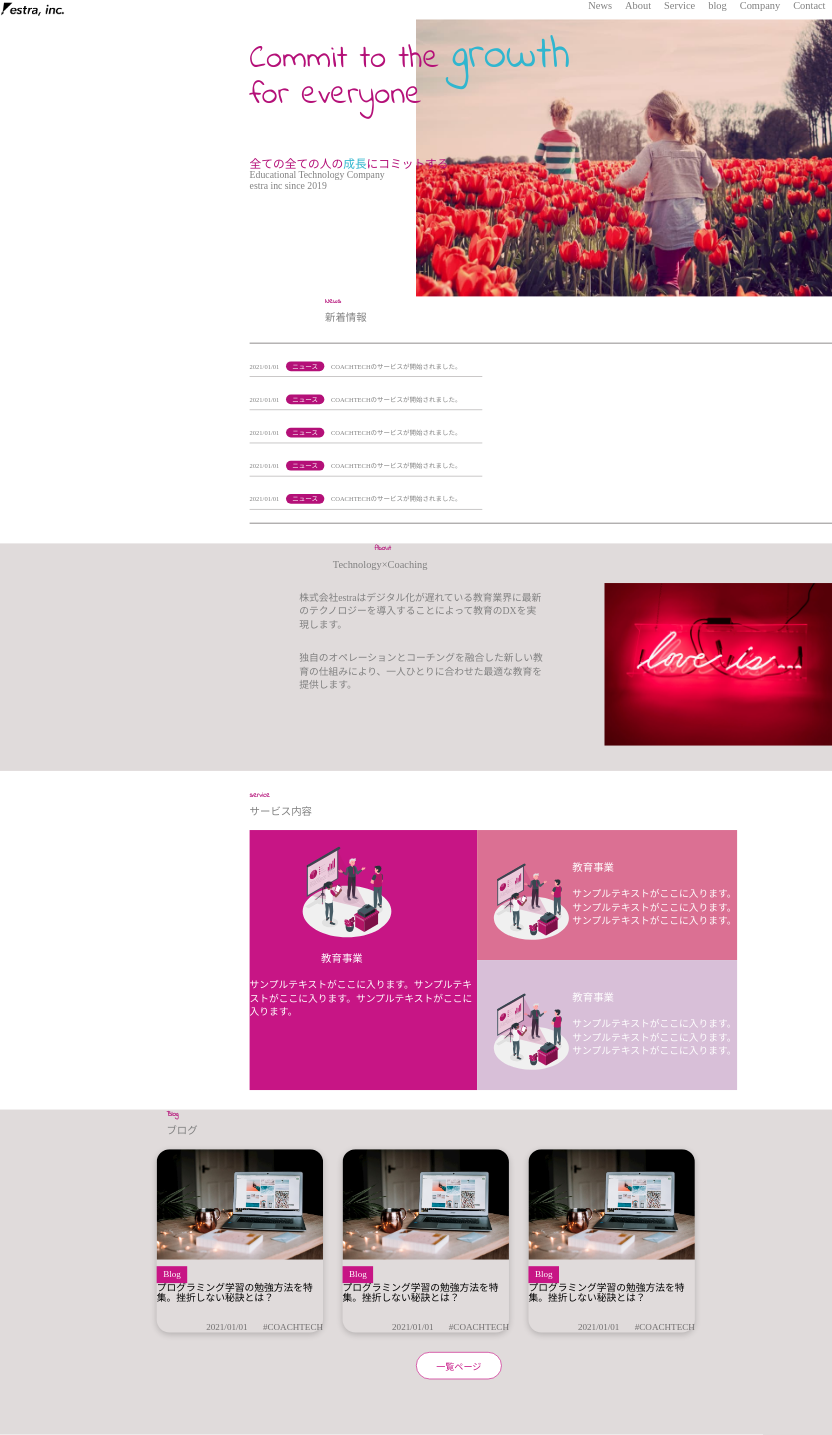
Repository: sigemasaasuka/20210902
Page: index.html
The author's editor kept a copy of each file at every save. The page is drawn from the files as they stood at one save, then again after a run of saves.
The browser window is 1280 px wide. The pictures show the whole page, at 65% of full size.

Above is the page before, as saved 2021-09-28 13:31:05.

### index.html
<!DOCTYPE html>
<html lang="ja">

<head>
  <meta charset="UTF-8">
  <meta name="viewport" content="width=device-width, initial-scale=1.0">
  <title>Document</title>
  <link rel="stylesheet" href="css/style.css">
  <link rel="stylesheet" href="css/reset.css">
  <link rel="preconnect" href="https://fonts.googleapis.com">
  <link rel="preconnect" href="https://fonts.gstatic.com" crossorigin>
  <link href="https://fonts.googleapis.com/css2?family=Indie+Flower&display=swap" rel="stylesheet">
</head>

<body>
  <div class="flex">
    <div class="logo">
      <img src="img/img/estra_logo.png" alt="estra_logo" width="100px" height="30px">
    </div>
    <div class="parent">
      <div class="child">News</div>
      <div class="child">About</div>
      <div class="child">Service</div>
      <div class="child">blog</div>
      <div class="child">Company</div>
      <div class="child">Contact</div>

    </div>
  </div>
  <div class="relative">
    <img class="relative__img" src="img/img/firstview.jpg" alt="firstview">
    <div class="example">
      <h1>Commit to the <span class="document"> growth</span> <br>for everyone</h1>
    </div>
    <div class="second">
      <h3>全ての全ての人の<span class="second-txt">成長</span>にコミットする</h3>
      <p class="subtitle">Educational Technology Company<br>estra inc since 2019</p>
    </div>
  </div>
  <div class="smlltitle">
    <h6>News</h6>
  </div>
  <div class="list">
    <h3>新着情報</h3>
  </div>
  <div class="local">
    <div class="info">
      <p>
        2021/01/01　<a class="practice__btn">ニュース</a>　COACHTECHのサービスが開始されました。
      </p>
    </div>
    <div class="info">
      <p>
        2021/01/01　<a class="practice__btn">ニュース</a>　COACHTECHのサービスが開始されました。
      </p>
    </div>
    <div class="info">
      <p>
        2021/01/01　<a class="practice__btn">ニュース</a>　COACHTECHのサービスが開始されました。
      </p>
    </div>
    <div class="info">
      <p>
        2021/01/01　<a class="practice__btn">ニュース</a>　COACHTECHのサービスが開始されました。
      </p>
    </div>
    <div class="info">
      <p>
        2021/01/01　<a class="practice__btn">ニュース</a>　COACHTECHのサービスが開始されました。
      </p>
    </div>
  </div>
  <div class="colored">
    <div class="smlltitle-2">
      <h6>About</h6>
    </div>
    <div class="list-2">
      <h3>Technology×Coaching</h3>
    </div>
    <div class="flex">
    <div class="info-txt">
      <div class="relate">
        株式会社estraはデジタル化が遅れている教育業界に最新のテクノロジーを導入することによって教育のDXを実現します。
      </div>
      <div class="relate-txt">
        独自のオペレーションとコーチングを融合した新しい教育の仕組みにより、一人ひとりに合わせた最適な教育を提供します。
      </div>

    </div>
      <div class="about">
        <img class="picture__img" src="img/img/about.jpg" alt="about">
      </div>
  </div>
  </div>

  <div class="service">
    <div class="smlltitle-3">
      <h6>service</h6>
    </div>
    <div class="list-3">
      <h3>サービス内容</h3>
    </div>
    <div class="contents">
    <div class="colored2">
      <div class="photo">
        <img class="service__img" src="img/img/service__first.svg" alt="service">
      </div>
      <div class="title">
        <h3>教育事業</h3>
      </div>
      <div class="explain">
        サンプルテキストがここに入ります。サンプルテキストがここに入ります。サンプルテキストがここに入ります。
      </div>
    </div>
  <div class="contents2">
    <div class="contents2">
  <div class="colored3">
    <div class="photo2">
      <img class="service__img1" src="img/img/service__first.svg" alt="service">
    </div>
    <div>
    <div class="title2">
      <h3>教育事業</h3>
    </div>
    <div class="explain2">
      サンプルテキストがここに入ります。サンプルテキストがここに入ります。サンプルテキストがここに入ります。
    </div>
  </div>
  </div>
  </div>

  <div class="colored4">
    <div class="photo2">
      <img class="service__img1" src="img/img/service__first.svg" alt="service">
    </div>
    <div>
    <div class="title2">
      <h3>教育事業</h3>
    </div>
    <div class="explain2">
      サンプルテキストがここに入ります。サンプルテキストがここに入ります。サンプルテキストがここに入ります。
    </div>
  </div>
  </div>
</div>
</div>
</div>
   <div class="colored5">
    <div class="smlltitle-4">
      <h6>Blog</h6>
    </div>
    <div class="list-4">
      <h3>ブログ</h3>
   </div>
    <div class="flex__item">
      <div class="practice__card">
        <div class="blog__first">
          <img src="img/img/blog__first.jpg" alt="blog">
        </div>
        <div class="card__content">
          <div class="card__cat">Blog</div>
          <h2 class="card__ttl">プログラミング学習の勉強方法を特集。挫折しない秘訣とは？</h2>
          <div class="tag">
            <p class="card__tag">2021/01/01</p>
            <p class="card__date">#COACHTECH</p>
          </div>
        </div>
      </div>
      <div class="practice__card">
        <div class="blog__first">
          <img src="img/img/blog__first.jpg" alt="blog">
        </div>
        <div class="card__content">
          <div class="card__cat">Blog</div>
          <h2 class="card__ttl">プログラミング学習の勉強方法を特集。挫折しない秘訣とは？</h2>
          <div class="tag">
            <p class="card__tag">2021/01/01</p>
            <p class="card__date">#COACHTECH</p>
          </div>
        </div>
      </div>
      <div class="practice__card">
        <div class="blog__first">
          <img src="img/img/blog__first.jpg" alt="blog">
        </div>
        <div class="card__content">
          <div class="card__cat">Blog</div>
          <h2 class="card__ttl">プログラミング学習の勉強方法を特集。挫折しない秘訣とは？</h2>
          <div class="tag">
            <p class="card__tag">2021/01/01</p>
            <p class="card__date">#COACHTECH</p>
          </div>
        </div>
      </div>
    </div>
    <div class="card__cat2">一覧ページ</div>
   </div>


</body>

</html>

### css/style.css
.img {
  text-align: left;
}

.parent {
  display: flex;
  justify-content: space-between;
  color: gray;
}

.child {
  margin: 0 10px;
  font-weight: lighter;
}

.logo {
  width: 100px;
}
.flex {
  display: flex;
  justify-content: space-between;
  height: 30px;
}

.relative {
  position: relative;
}

.relative__img {
  margin: 0 0 0 auto;
  display: block;
  width: 50%;
}

.example {
  position: absolute;
  top: 5%;
  left: 30%;
  font-size: 50px;
  color: #b41078;
  font-family: "Indie Flower", cursive;
}

.document {
  top: 5%;
  left: 30%;
  font-size: 70px;
  color: #30b6cf;
  font-family: "Indie Flower", cursive;
}

.second {
  position: absolute;
  top: 50%;
  left: 30%;
  font-size: 18px;
  color: #b41078;
}

.second-txt {
  top: 50%;
  left: 30%;
  font-size: 18px;
  color: #30b6cf;
}

.subtitle {
  margin: 0;
  font-size: 15px;
  color: gray;
  font-weight: lighter;
}

.smlltitle {
  color: #b41078;
  font-family: "Indie Flower", cursive;
  margin-left: 500px;
}

.list {
  color: gray;
  margin-left: 500px;
  margin-top: 10px;
}

.local {
  margin-top: 30px;
  margin-left: 30%;
  margin-right: 30px;
  border-color: rgb(170, 168, 168);
  border-top: solid 2px rgb(170, 168, 168);
  border-bottom: solid 2px rgb(170, 168, 168);
  width: 70%;
}

.info {
  margin-bottom: 20px;
  border-width: 0 0 1px 0;
  border-style: solid;
  line-height: 30px;
  border-color: rgb(173, 171, 171);
  margin-top: 20px;
  padding-left: 0;
  font-size: 10px;
  color: gray;
  width: 40%;
}

.practice__btn {
  width: 100px;
  padding: 2px 10px;
  color: #fff;
  border-radius: 30px;
  background-color: #b41078;
  text-align: center;
  margin: 0 auto 0;
}

.colored {
  height: 350px;
  background-color: rgb(224, 219, 219);
  margin-top: 30px;
}
.smlltitle-2 {
  color: #b41078;
  font-family: "Indie Flower", cursive;
  margin-left: 45%;
}

.list-2 {
  color: gray;
  margin-left: 40%;
  margin-top: 10px;
}

.relate {
  color: gray;
  font-size: 15px;
  margin-left: 55%;
  margin-top: 30px;
}

.relate-txt {
  color: gray;
  font-size: 15px;
  margin-left: 55%;
  margin-top: 30px;
}

.picture__img {
  margin-top: 20px;
  width: 350px;
  height: 250px;
}

.smlltitle-3 {
  color: #b41078;
  font-family: "Indie Flower", cursive;
  margin-left: 30%;
  margin-top: 30px;
}

.list-3 {
  color: gray;
  margin-left: 30%;
  margin-top: 10px;
}

.contents {
  display: flex;
}
.colored2 {
  background-color: #c71585;
  margin-top: 20px;
  margin-left: 30%;
  width: 350px;
  height: 400px;
}

.service__img {
  width: 300px;
  height: 150px;
  margin-top: 20px;
}

.title {
  margin-top: 20px;
  color: #fff;
  margin-left: 110px;
}

.explain {
  margin-top: 20px;
  color: #fff;
  font-size: 15px;
}
.contents2 {
  display: flex;
  flex-direction: column;
  justify-content: space-around;
}
.colored3 {
  display: flex;
  background-color: #db7093;
  margin-top: 20px;
  width: 400px;
  height: 200px;
}

.service__img1 {
  width: 340px;
  height: 220px;
  margin-left: 20px;
}

.title2 {
  margin-top: 20px;
  color: #fff;
  margin-top: 50px;
  margin-left: 20px;
}

.explain2 {
  margin-top: 20px;
  margin-left: 20px;
  color: #fff;
  font-size: 15px;
}

.colored4 {
  display: flex;
  background-color: #d8bfd8;
  width: 400px;
  height: 200px;
}

.colored5 {
  height: 500px;
  background-color: rgb(224, 219, 219);
  margin-top: 30px;
}

.smlltitle-4 {
  color: #b41078;
  font-family: "Indie Flower", cursive;
  margin-left: 20%;
  margin-top: 30px;
}

.list-4 {
  color: gray;
  margin-left: 20%;
  margin-top: 10px;
}

.flex__item {
  border-radius: 20px;
  display: flex;
  justify-content: center;
}

.practice__card {
  margin-top: 20px;
  margin-left: 30px;
  width: 20%;
  border-radius: 20px;
  box-shadow: 0px 3px 10px rgba(0, 0, 0, 0.2);
}

.blog__first {
  overflow: hidden;
  border-top-left-radius: 20px;
  border-top-right-radius: 20px;
}

.card__img img {
  width: 100%;
}

.card__content {
  background-color:
  padding: 15px 25px;
}

.card__ttl {
  font-size: 15px;
  margin-bottom: 30px;
  font-weight: 400;
}

.card__cat {
  padding: 5px 10px;
  background: #c71585;
  margin-top: 10px;
  display: inline-block;
  color: #fff;
  font-size: 14px;
}

.tag {
  font-size: 14px;
  text-align: right;
}

.card__tag {
  display: inline-block;
  color: rgb(112, 110, 110);
  margin-left: 10px;
}

.card__date {
  display: inline-block;
  margin-left: 20px;
  color: rgb(112, 110, 110);
}

.card__cat2 {
  padding: 10px 30px;
  background: white;
  margin-top: 30px;
  margin-left: 50%;
  border: 1px solid;
  display: inline-block;
  color: #c71585;
  font-size: 14px;
  border-radius: 30px;
}

### css/reset.css
@charset "UTF-8";
html,
body,
div,
span,
applet,
object,
iframe,
h1,
h2,
h3,
h4,
h5,
h6,
p,
blockquote,
pre,
a,
abbr,
acronym,
address,
big,
cite,
code,
del,
dfn,
em,
img,
ins,
kbd,
q,
s,
samp,
small,
strike,
strong,
sub,
sup,
tt,
var,
b,
u,
i,
center,
dl,
dt,
dd,
ol,
ul,
li,
fieldset,
form,
label,
legend,
table,
caption,
tbody,
tfoot,
thead,
tr,
th,
td,
article,
aside,
canvas,
details,
embed,
figure,
figcaption,
footer,
header,
hgroup,
menu,
nav,
output,
ruby,
section,
summary,
time,
mark,
audio,
video {
  margin: 0;
  padding: 0;
  border: none;
  font-style: normal;
  text-align: left;
  zoom: 1;
}
article,
aside,
details,
figcaption,
figure,
footer,
header,
hgroup,
menu,
nav,
section {
  display: block;
}
table {
  border-collapse: collapse;
  font-family: inherit;
}
h1,
h2,
h3,
h4,
h5 {
  font-size: 100%;
  font-weight: normal;
  line-height: 1;
}
input,
textarea,
select {
  font-family: inherit;
  font-size: 16px;
}
input[type="button"],
input[type="text"],
input[type="submit"] {
  -webkit-appearance: none;
  border-radius: 0;
}
textarea {
  resize: none;
  -webkit-appearance: none;
  border-radius: 0;
}
th,
td {
  border-collapse: collapse;
}
table th,
table td {
  white-space: nowrap;
}
ul,
ol {
  list-style-type: none;
}
img {
  vertical-align: text-bottom;
  vertical-align: -webkit-baseline-middle;
  max-width: 100%;
  height: auto;
  width/***/: auto;
}

After the next 2 saves:
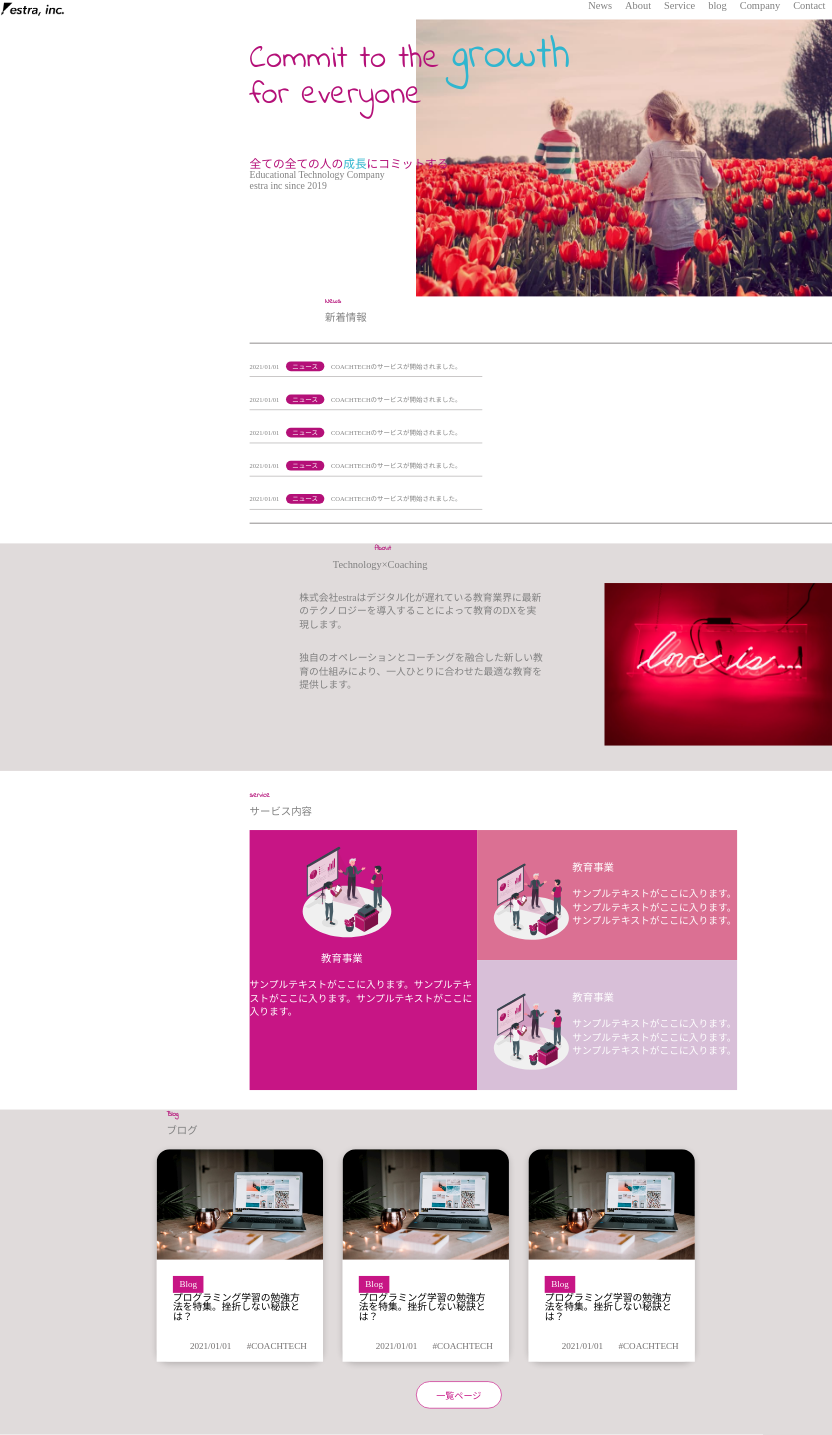
The 2 saves are shown as one change because they came seconds apart.
The last was saved 6 s later.
--- a/css/style.css
+++ b/css/style.css
@@ -278,7 +278,7 @@
 }
 
 .card__content {
-  background-color:
+  background-color:#fff;
   padding: 15px 25px;
 }
 
